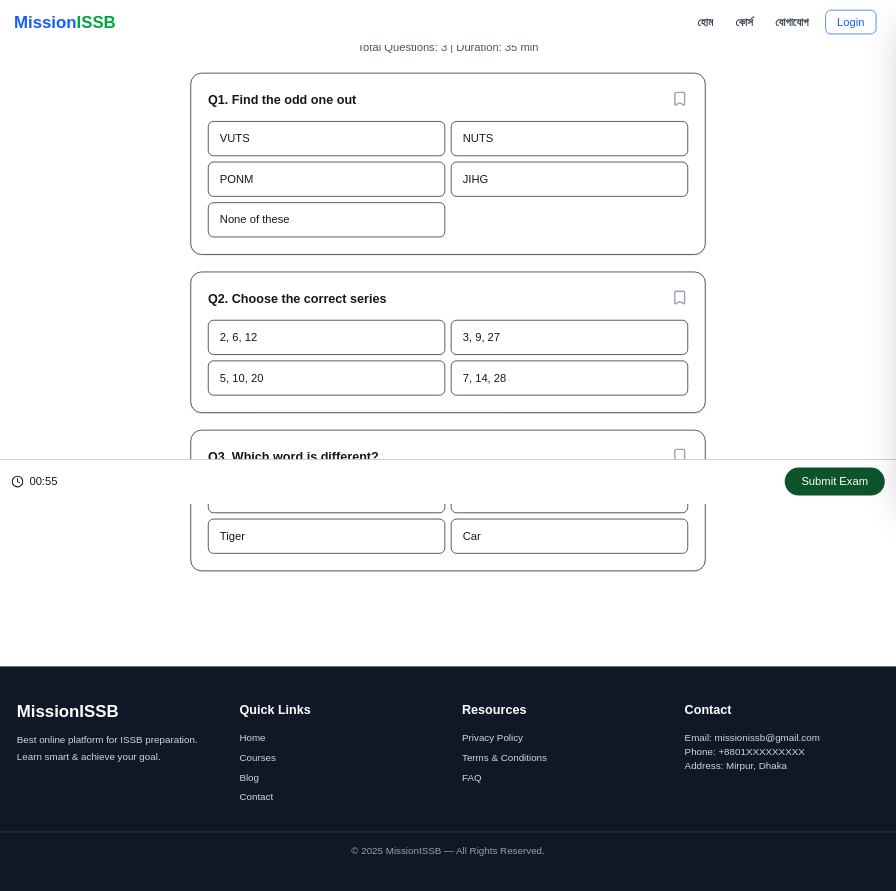
Repository: mdmuhibullahhabib/missionissb
Page: /exam/verbal-model-test-01
The author's editor kept a copy of each file at every save. The page is drawn from the files as they stood at one save, then again after the next save.
The browser window is 1280 px wide. The pictures show the part of the page from y = 0 to 1920 px (the page is 1273 px tall before and 28937 px after), at 70% of full size.
The page's requests for data from a server got no answer. The project was rebuilt for these pictures with package versions that can differ from the ones it lists, and the page was loaded fresh each time. The framework's server and built-in components were replaced by stand-ins that run in the browser. No one was signed in, and anything a server would have sent is missing. Also part of the build but not shown: next.config.mjs, app/exam/[id]/components/SubmitModal.jsx.

Above is the page before, as saved 2025-12-15 19:50:50.

After the next save:
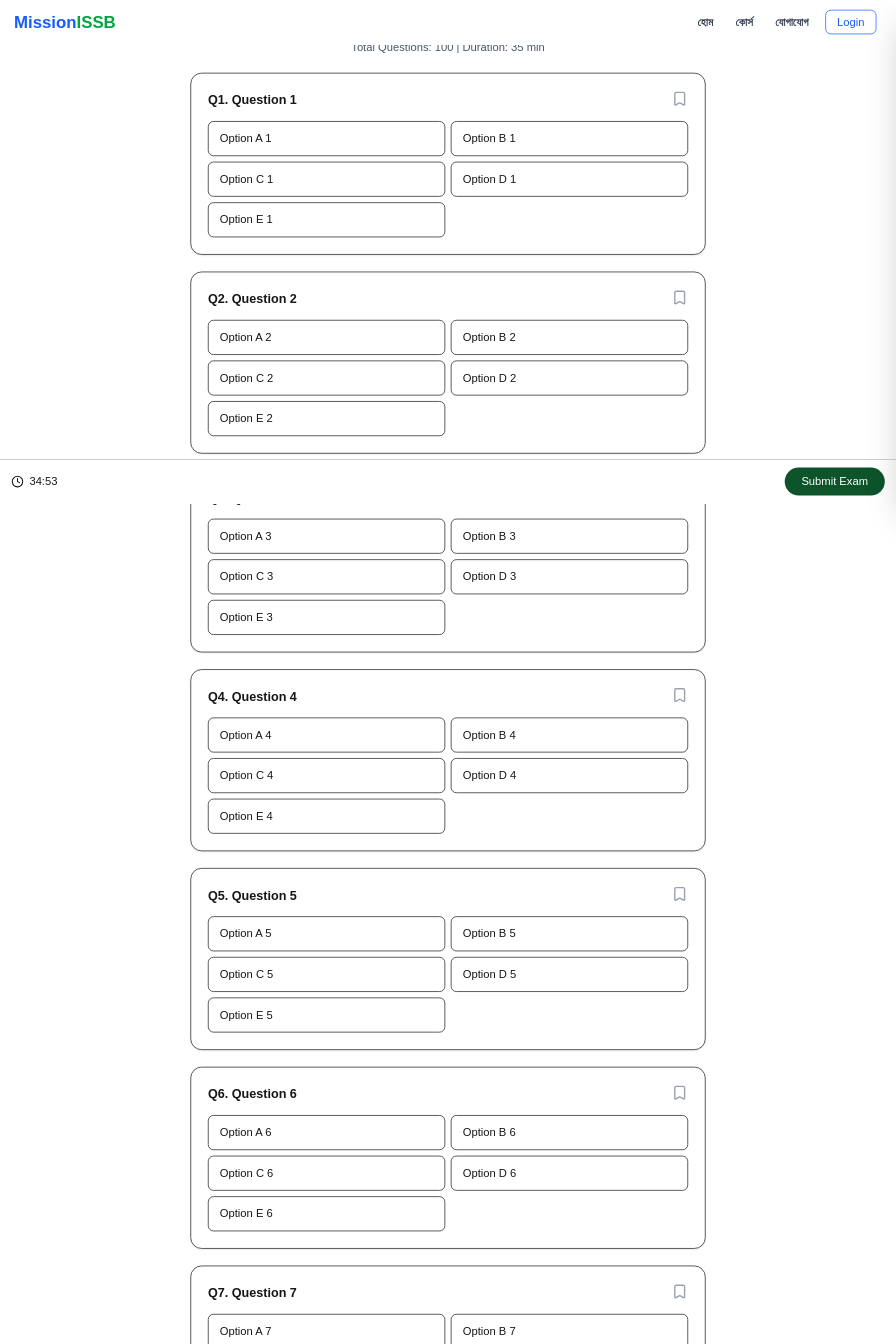
Saved 2 min 8 s later.
--- a/app/exam/[id]/page.jsx
+++ b/app/exam/[id]/page.jsx
@@ -5,42 +5,33 @@ import { Clock } from "lucide-react";
 import McqCard from "./components/McqCard";
 import SubmitModal from "./components/SubmitModal";
 
-/* Fake Questions */
-const questions = [
-  {
-    question: "Find the odd one out",
-    options: ["VUTS", "NUTS", "PONM", "JIHG", "None of these"],
-  },
-  {
-    question: "Choose the correct series",
-    options: ["2, 6, 12", "3, 9, 27", "5, 10, 20", "7, 14, 28"],
-  },
-  {
-    question: "Which word is different?",
-    options: ["Dog", "Cat", "Tiger", "Car"],
-  },
-];
+// --- Generate 100 fake questions ---
+const questions = Array.from({ length: 100 }, (_, i) => ({
+  question: `Question ${i + 1}`,
+  options: [
+    `Option A ${i + 1}`,
+    `Option B ${i + 1}`,
+    `Option C ${i + 1}`,
+    `Option D ${i + 1}`,
+    `Option E ${i + 1}`,
+  ],
+}));
 
 const ExamPage = () => {
   const [answers, setAnswers] = useState({});
   const [showSubmitModal, setShowSubmitModal] = useState(false);
-  const [timeLeft, setTimeLeft] = useState(1 * 60); // ✅ 35 min in seconds
+  const [timeLeft, setTimeLeft] = useState(35 * 60); // 35 min in seconds
 
-  /* ================= TIMER LOGIC ================= */
+  // Timer logic
   useEffect(() => {
     if (timeLeft <= 0) {
       handleSubmit();
       return;
     }
-
-    const timer = setInterval(() => {
-      setTimeLeft((prev) => prev - 1);
-    }, 1000);
-
+    const timer = setInterval(() => setTimeLeft((prev) => prev - 1), 1000);
     return () => clearInterval(timer);
   }, [timeLeft]);
 
-  /* ================= HELPER FUNCTIONS ================= */
   const handleSelect = (qIndex, optIdx) => {
     setAnswers({ ...answers, [qIndex]: optIdx });
   };
@@ -51,21 +42,17 @@ const ExamPage = () => {
     console.log("Submitted Answers:", answers);
   };
 
-  /* ======== FORMAT TIMER ====== */
   const formatTime = (seconds) => {
-    const m = Math.floor(seconds / 60)
-      .toString()
-      .padStart(2, "0");
+    const m = Math.floor(seconds / 60).toString().padStart(2, "0");
     const s = (seconds % 60).toString().padStart(2, "0");
     return `${m}:${s}`;
   };
 
   return (
     <div className="min-h-screen bg-white pb-28">
-
       {/* Header */}
       <div className="text-center py-6">
-        <h1 className="text-2xl font-bold">Verbal Model Test 01</h1>
+        <h1 className="text-2xl font-bold">Verbal Model Test</h1>
         <p className="text-gray-600">
           Total Questions: {questions.length} | Duration: 35 min
         </p>
